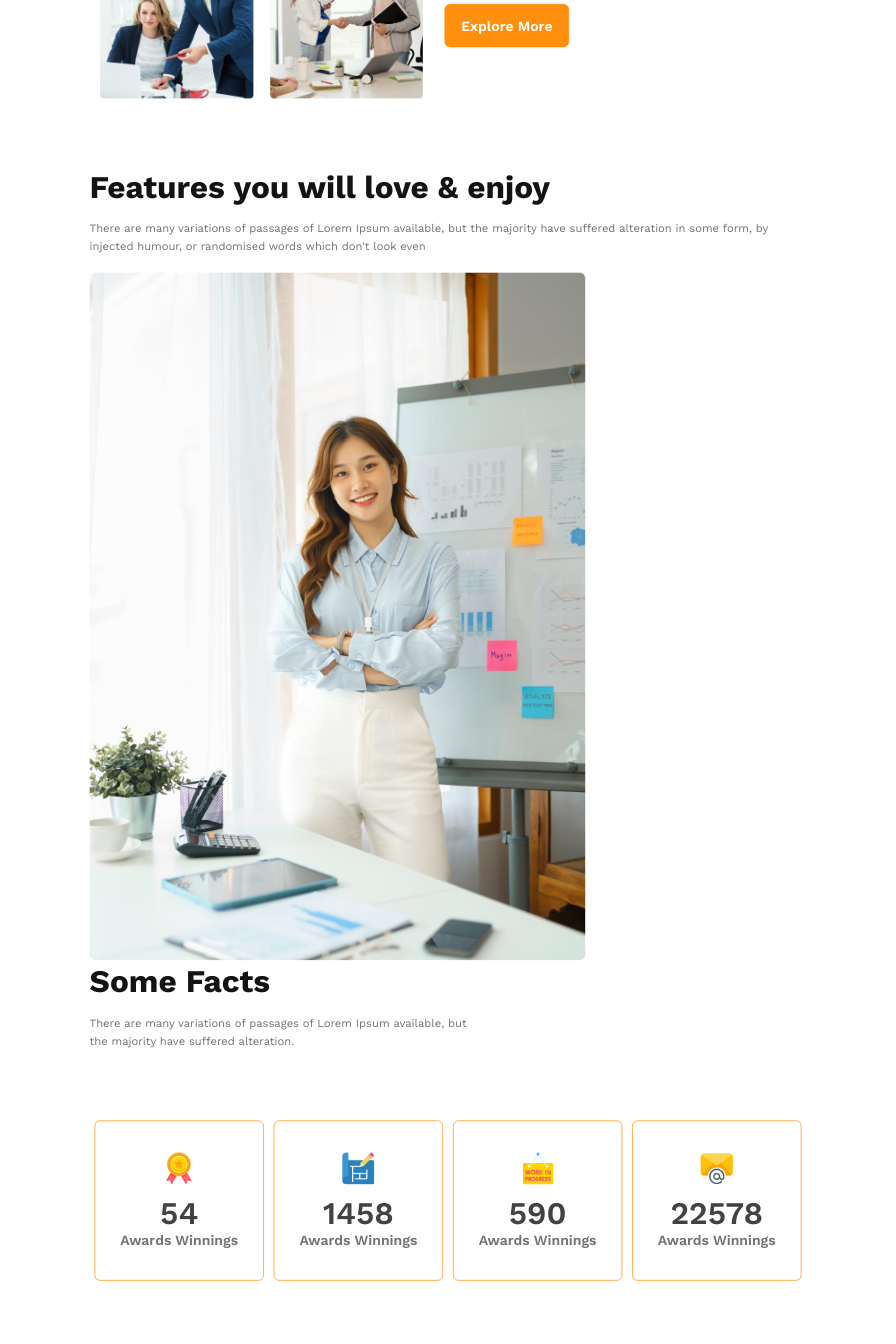
Repository: ShouravAhammed/G3-architects-webpage
Page: index.html
These files come from the project's save history. The page is drawn as it stood at one moment and after the next save; the edit follows.
The browser window is 1280 px wide. The pictures show the part of the page from y = 1501 to 3421 px (the page is 3985 px tall before and 4095 px after), at 70% of full size.

Above is the page before, as saved 2024-01-13 17:09:59.

After the next save:
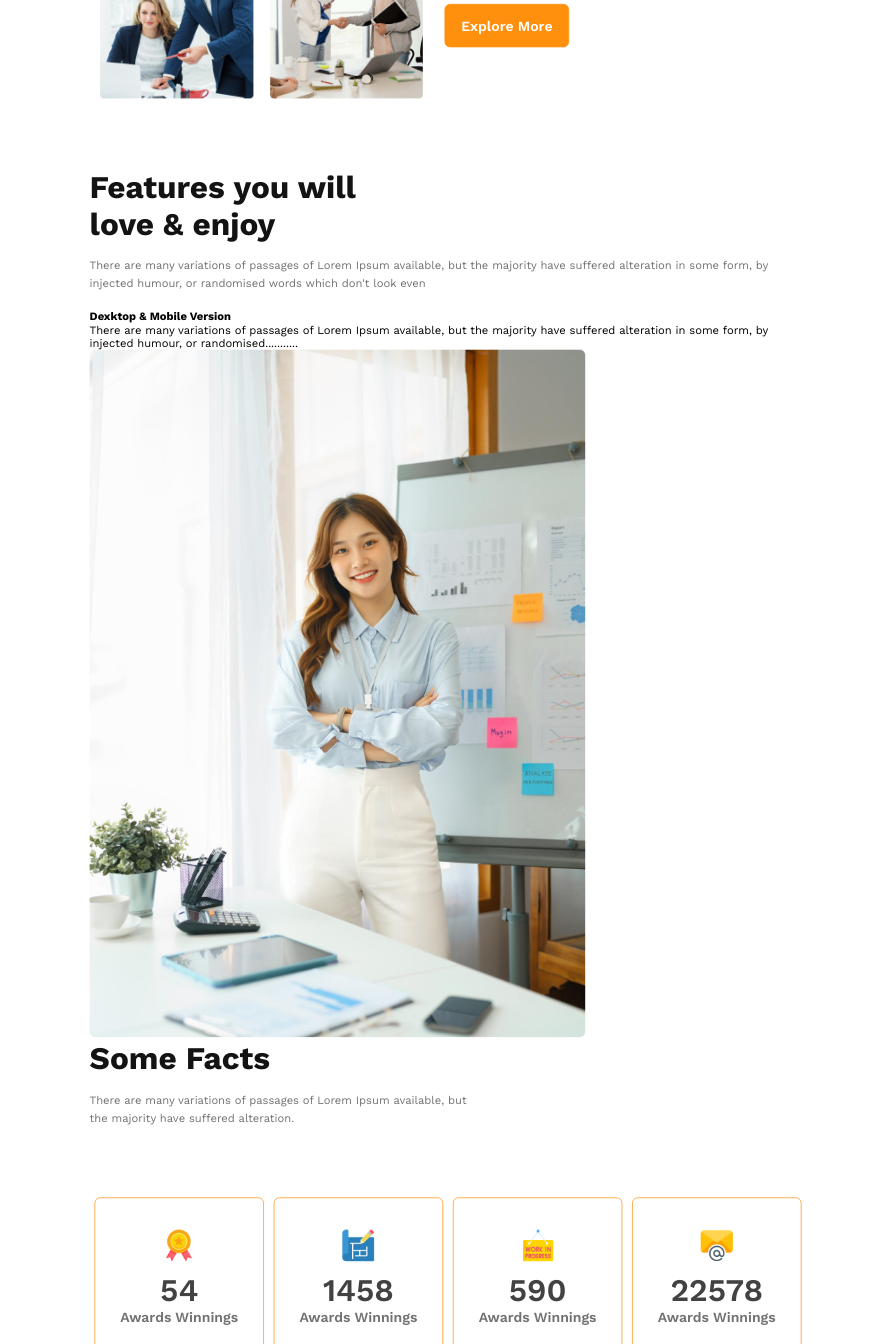
Saved 96 s later.
--- a/index.html
+++ b/index.html
@@ -54,8 +54,12 @@
             <div class="container">
                 <div class="feature-container">
                     <div class="feature-content">
-                        <h3 class="primary-title">Features you will love & enjoy</h3>
+                        <h3 class="primary-title">Features you will<br> love & enjoy</h3>
                         <p class="primary-description">There are many variations of passages of Lorem Ipsum available, but the majority have suffered alteration in some form, by injected humour, or randomised words which don't look even</p>
+                        <div class="feature-content-text">
+                            <h4>Dexktop & Mobile Version</h4>
+                            <p>There are many variations of passages of Lorem Ipsum available, but the majority have suffered alteration in some form, by injected humour, or randomised...........</p>
+                        </div>
                     </div>
                     <div class="feature-img">
                         <img src="images/architect.png" alt="Feature-img">
